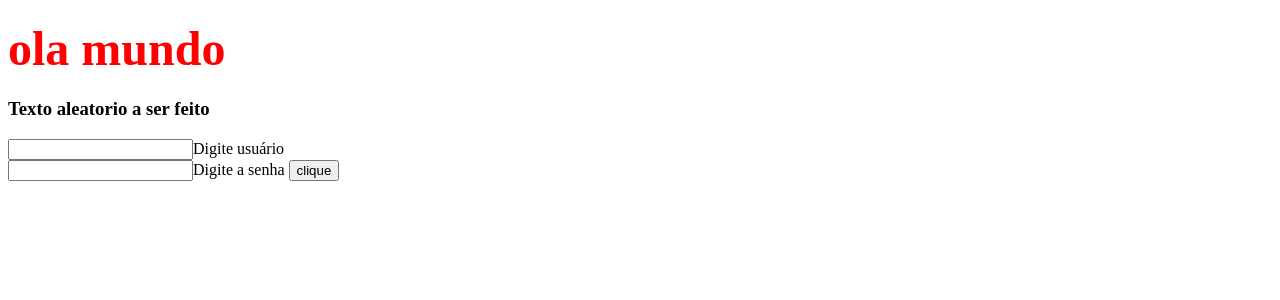
Repository: waanvieira/f21-jdbc-f21-jdbc-exer
Page: curso_java_web1/src/main/webapp/index.html
These files come from the project's save history. The page is drawn as it stood at one moment and after the next save; the edit follows.
The browser window is 1280 px wide. The pictures show the whole page.

Above is the page before, as saved 2019-02-18 03:59:55.

After the next save:
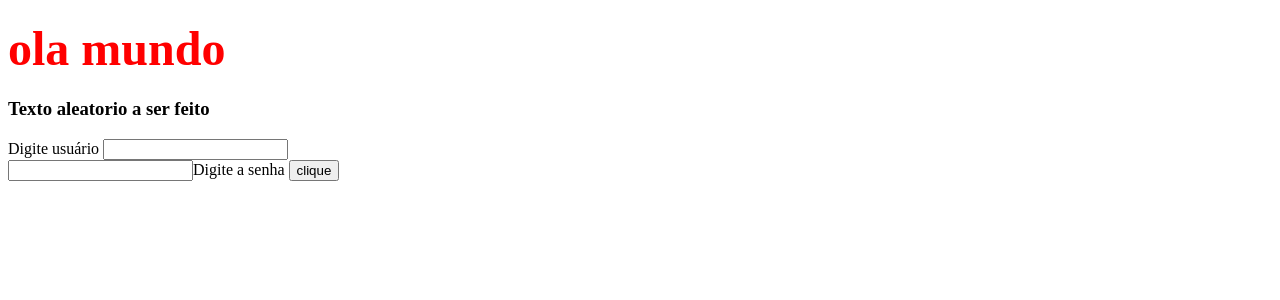
Saved 20 s later.
--- a/curso_java_web1/src/main/webapp/index.html
+++ b/curso_java_web1/src/main/webapp/index.html
@@ -8,7 +8,8 @@
 <h1><font color="red" size="39px">ola mundo</font></h1>
 <h3>Texto aleatorio a ser feito</h3>
 <form method="post" action="html2.html">
-<input type="text" name=variavel id=variavel>Digite usuário
+<label>Digite usuário</label>
+<input type="text" name=variavel id=variavel>
 <br><input type="password" name=senha id=senha>Digite a senha
 <input type="button" value=clique aqui>
 </form>
